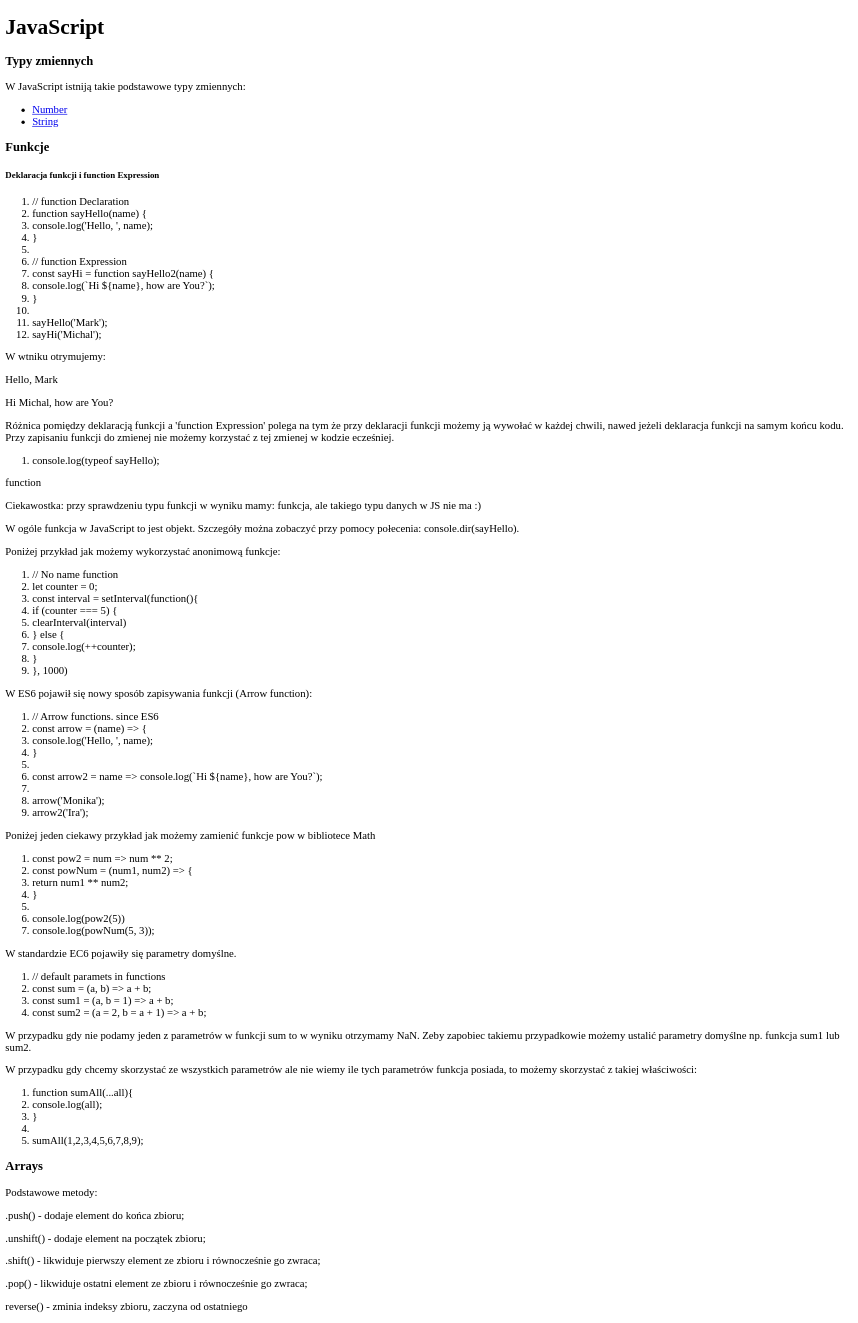
Repository: romanstetsiuk1/JS_learn
Page: noteJavaScript.html
An editor plug-in stored every save of this project. The page is shown before and after the next save, followed by the edit.
The browser window is 1280 px wide. The pictures show the whole page, at 67% of full size.

Above is the page before, as saved 2020-09-10 18:14:34.

After the next save:
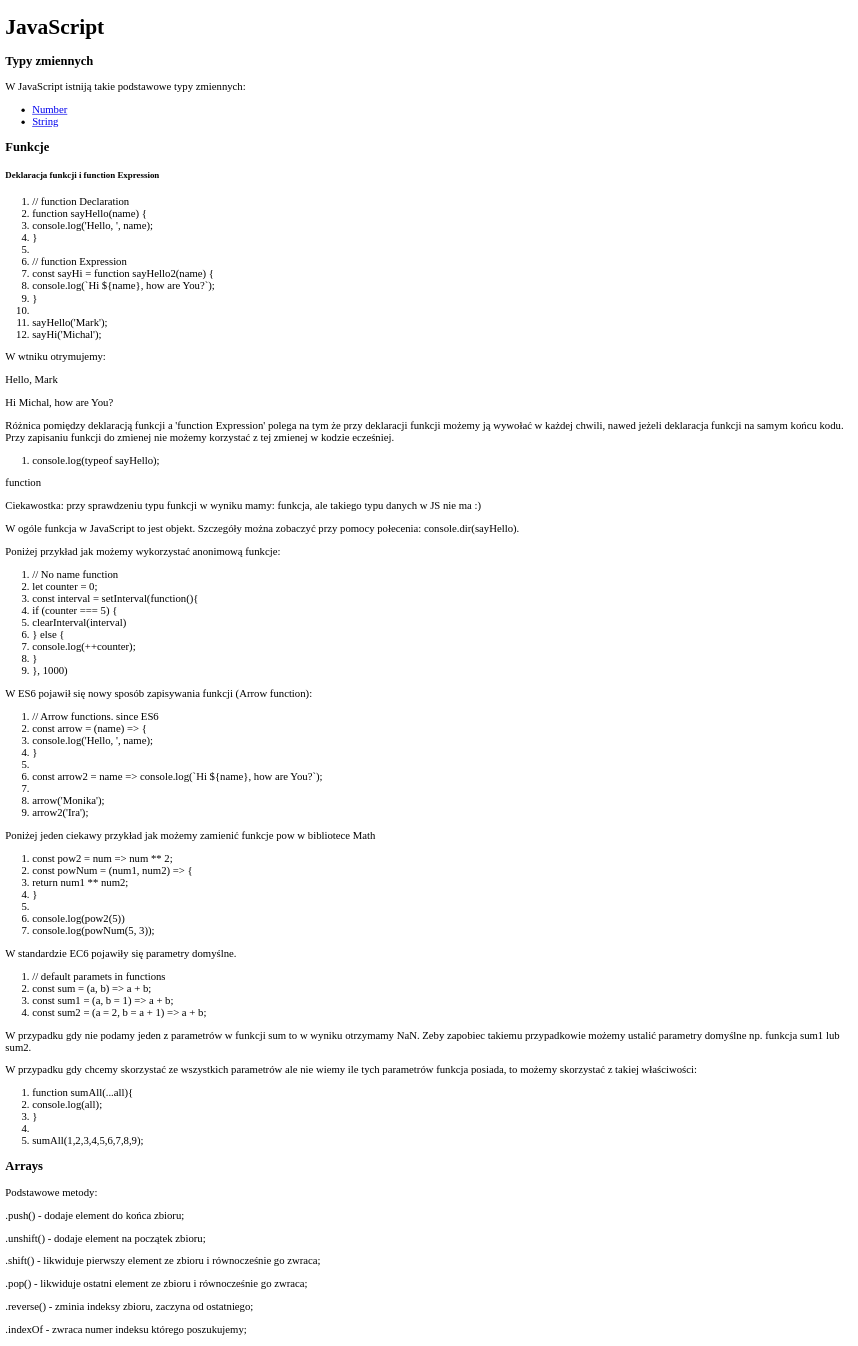
Saved 81 s later.
--- a/noteJavaScript.html
+++ b/noteJavaScript.html
@@ -143,7 +143,8 @@
       <p>.unshift() - dodaje element na początek zbioru;</p>
       <p>.shift() - likwiduje pierwszy element ze zbioru i równocześnie go zwraca;</p>
       <p>.pop() - likwiduje ostatni element ze zbioru i równocześnie go zwraca;</p>
-      <p>reverse() - zminia indeksy zbioru, zaczyna od ostatniego</p>
+      <p>.reverse() - zminia indeksy zbioru, zaczyna od ostatniego;</p>
+      <p>.indexOf - zwraca numer indeksu którego poszukujemy;</p>
 
     </article>
 
